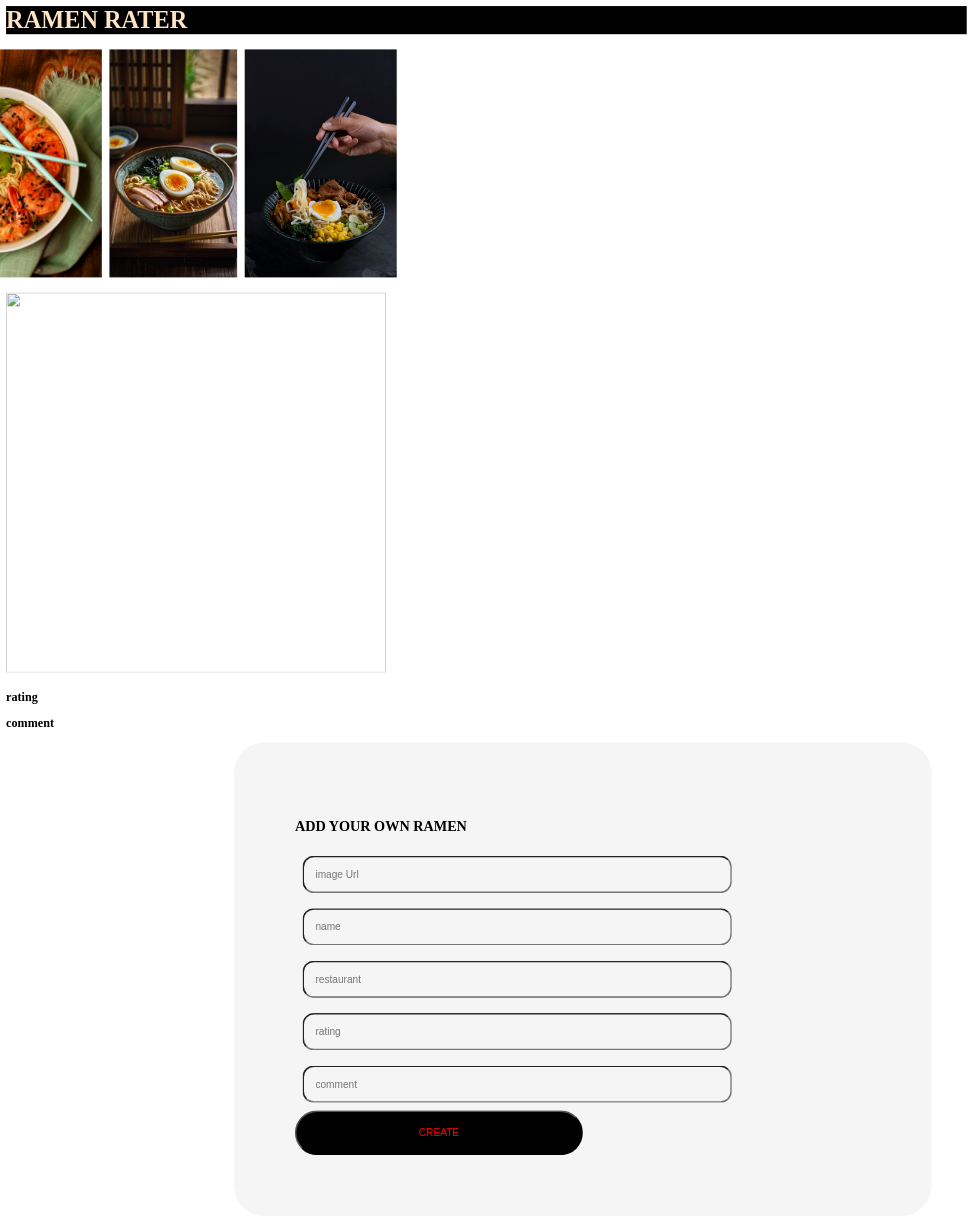
Repository: travinne/travthegr88
Page: mkadi/test/assignments/code-challanges/ramen-rating-app/index.html
The author's editor kept a copy of each file at every save. The page is drawn from the files as they stood at one save, then again after the next save.
The browser window is 1280 px wide. The pictures show the whole page, at 76% of full size.

Above is the page before, as saved 2025-03-20 15:58:55.

### mkadi/test/assignments/code-challanges/ramen-rating-app/index.html
<!DOCTYPE html>
<html lang="en">
<head>
    <meta charset="UTF-8">
    <meta name="viewport" content="width=device-width, initial-scale=1.0">
    <title>Document</title>
    <script src="index.js" defer></script>
    <link rel="stylesheet" href="css/style.css">
</head>
<body>
    <h1 id="title"></h1>

    <div id="menu"></div>

    <div id="ramen-details"></div>
        <img id="image-ramen" src="" alt="">
        <h2 id="name-ramen"></h2>
        <h3 id="restaurant-ramen"></h3>
        <p><strong>rating</strong> <span id="rating-ramen"></span></p>
        <p><strong>comment</strong> <span id="comment-ramen"></span></p>

    <div>
        <form id="new-ramen">
            <h3 id="new">ADD YOUR OWN RAMEN</h3>
            <input type="url" id="new-image" name="image" placeholder="image Url"required>
            <input type="text" id="new-name" name="name" placeholder="name"required>
            <input type="text" id="new-restaurant" name="restaurant" placeholder="restaurant"required>
            <input type="text"  id="new-rating" name="rating" placeholder="rating"required>
            <input type="text"  id="new-comment" name="comment" placeholder="comment"required>
            <button type="submit">CREATE</button>
        </form>
    </div>


</body>
</html>

### mkadi/test/assignments/code-challanges/ramen-rating-app/index.js
document.addEventListener('DOMContentLoaded',main)

let h1 = document.getElementById('title')
h1.innerText = 'RAMEN  RATER';

const ramens = [
     { id: 1,
    name: 'Shoyu Ramen',
    restaurant: "Ichiran",
    image:'images/michele-blackwell-rAyCBQTH7ws-unsplash.jpg',
    rating: 5,
    comment: "Delicious!"
},

{
    id: 2,
    name: 'miso Ramen',
    restaurant: "menya",
    image:'images/Easy Japanese Ramen Recipe.jpeg',
    rating: 4,
    comment: "very favourable"
},

  {
    id: 3,
    name: 'bon vivant',
    restaurant: "ramen-yu",
    image:'images/bon-vivant-qom5MPOER-I-unsplash.jpg',
    rating: 3,
    comment: "creamy and rich"
 },
];

function displayRamens(){
    const ramenMenu = document.getElementById('menu');
    ramenMenu.innerHTML = ""
    ramens.forEach(ramen => {
        const img = document.createElement('img');
        img.src = ramen.image;
        img.alt = ramen.name;
        img.addEventListener('click',() => handleClick(ramen));
        ramenMenu.appendChild(img)
        });
}

function handleClick(ramen){
    document.getElementById('image-ramen').src = ramen.image;
    document.getElementById('name-ramen').textContent = ramen.name;
    document.getElementById('restaurant-ramen').textContent = ramen.restaurant;
    document.getElementById('rating-ramen').textContent = `rating: ${ramen.rating}`;
    document.getElementById('comment-ramen').textContent = `comment: ${ramen.comment}`;
}

function newRamen(event){
    event.preventDefault();

    const form = document.getElementById('new-ramen');
    const newRamen = {
        id: ramens.length + 1,
        image: document.getElementById('new-image').value,
        name: document.getElementById('new-name').value,
        restaurant: document.getElementById('new-restaurant').value,
        rating: document.getElementById('new-rating').value,
        comment: document.getElementById('new-comment').value,
    }
if (newRamen.image && newRamen.name && newRamen.restaurant){
    ramens.push(newRamen);
    displayRamens();
    handleClick(newRamen);
    form.reset();}  }

function addEventListeners (){
    const form = document.getElementById('new-ramen');
    form.addEventListener('submit', newRamen)

    }

function main(){
    displayRamens()
    addEventListeners()
 }

### mkadi/test/assignments/code-challanges/ramen-rating-app/css/style.css
*{

    justify-content: center;

}

h1{background-color: black;
color: bisque;
margin: 0%;}



#menu{
    display: flex;
    gap: 10px;
    padding: 20px;
    height: 300px;
    width: 300px;
    justify-content: space-between;
    justify-content: center;



}

#image-ramen{
    height: 500px;
    width: 500px;
}

form{

    background-color: whitesmoke;
    padding: 80px;
    width:60%;
    border-radius:40px;
    gap: px;
    margin-left: 300px;




}

input{
    width:70%;
    padding:15px;
    margin: 10px;
    border-radius: 15px;
    background-color: whitesmoke;
    justify-content: center;
}

button {
    background-color:black;
    color: red;
    padding: 20px;
    cursor: pointer;
    border-radius: 30px;
    width: 50%;}

 button:hover{
    color: burlywood;
 }

After the next save:
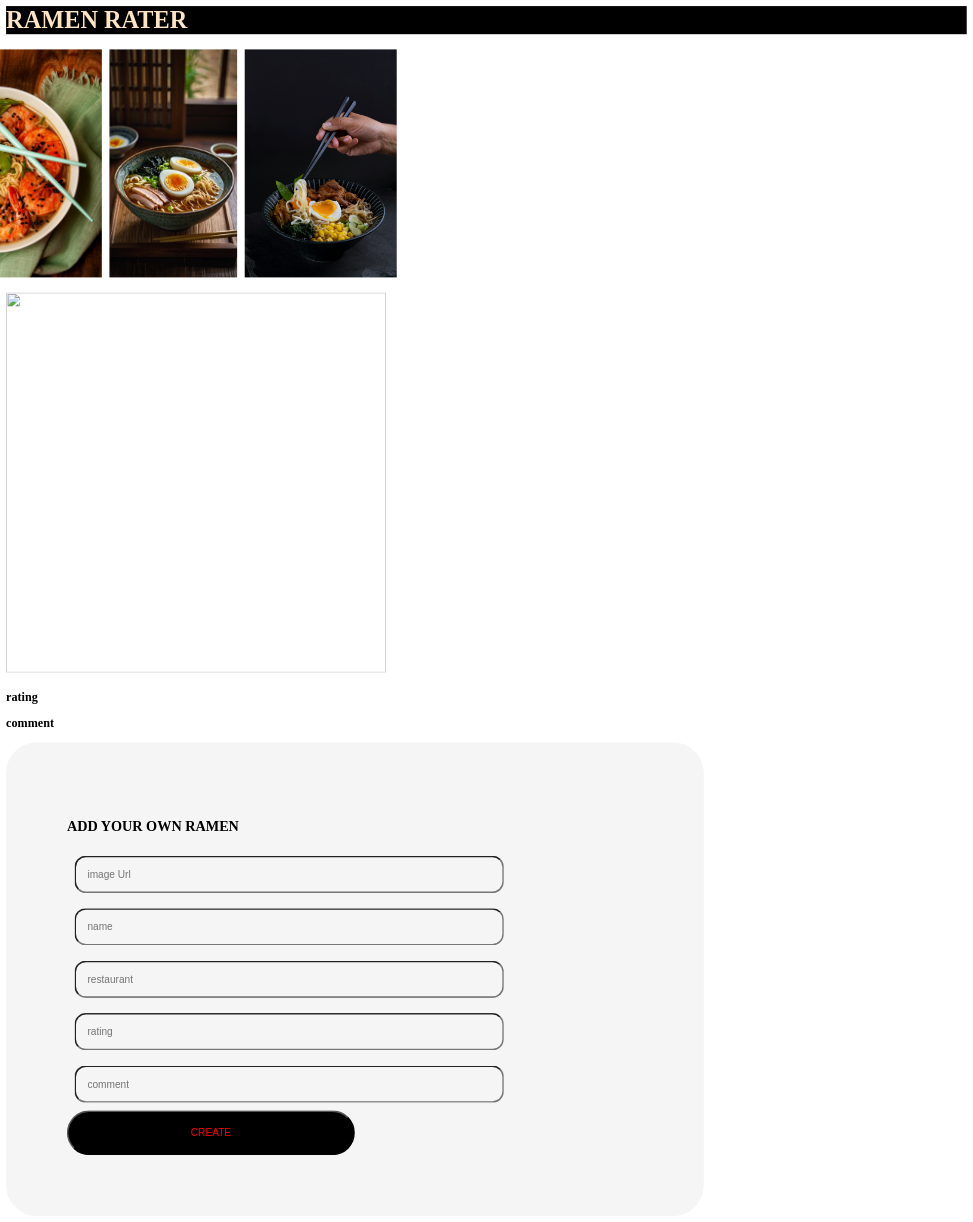
Saved 15 s later.
--- a/mkadi/test/assignments/code-challanges/ramen-rating-app/css/style.css
+++ b/mkadi/test/assignments/code-challanges/ramen-rating-app/css/style.css
@@ -34,8 +34,7 @@ form{
     padding: 80px;
     width:60%;
     border-radius:40px;
-    gap: px;
-    margin-left: 300px;
+
 
 
 
